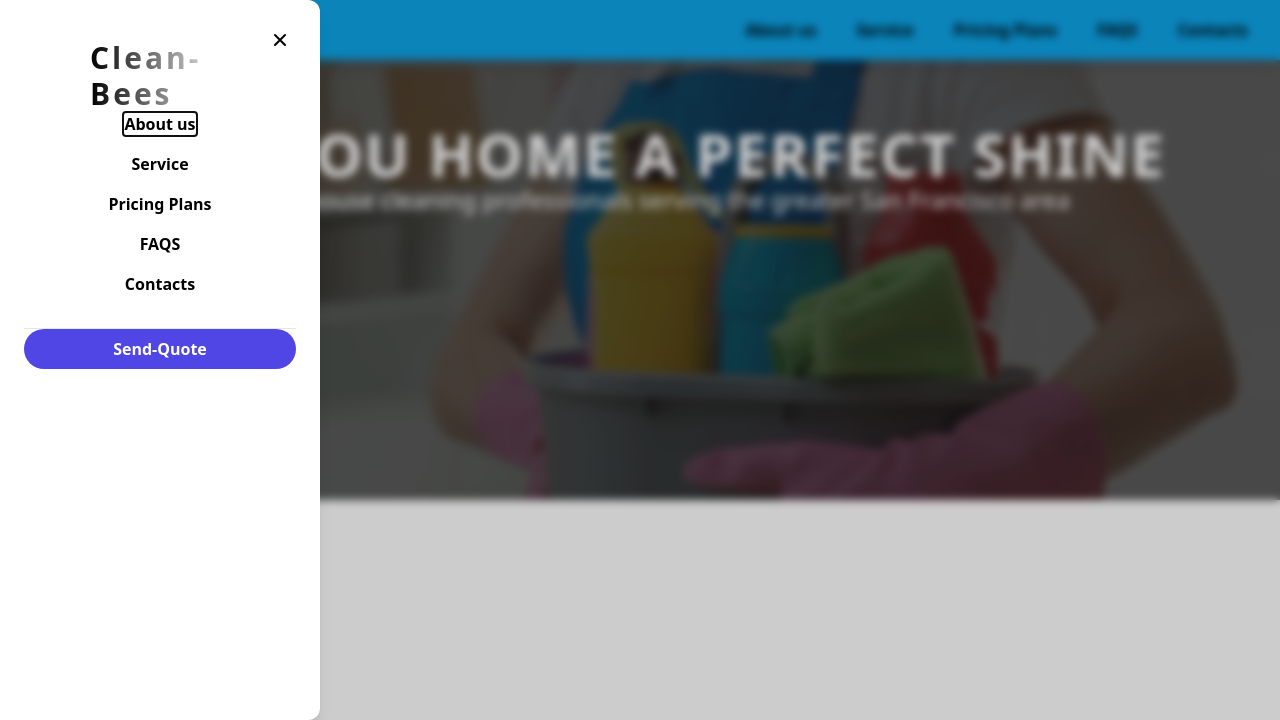
Repository: remydev47/cleanbees
Page: /
The author's editor kept a copy of each file at every save. The page is drawn from the files as they stood at one save, then again after the next save.
The browser window is 1280 px wide. The pictures show the whole page.
The project was rebuilt for these pictures with package versions that can differ from the ones it lists, and the page was loaded fresh each time. The framework's server and built-in components were replaced by stand-ins that run in the browser. Also part of the build but not shown: next.config.js.

Above is the page before, as saved 2022-09-15 20:50:34.

### pages/_app.tsx
import '../styles/globals.css'
import type { AppProps } from 'next/app'
import { Header } from '../components/Header'


function MyApp({ Component, pageProps }: AppProps) {
  return (
    <>
      <Header />
      <Component {...pageProps} />
    </>

    )
}

export default MyApp

### pages/index.tsx
import type { NextPage } from 'next'
import Head from 'next/head'
import Image from 'next/image'
import Hero from '../components/Hero'

const Home: NextPage = () => {
  return (
    <div className="">
      <Head>
        <title>CleanBees</title>
        <link rel="icon" href="/favicon.ico" />
      </Head>
      <Hero />
      <h1>CleanBees</h1>
    </div>
  )
}

export default Home

### components/Header.tsx
import { navLinks } from "../constants"
import { MenuPopOver } from "./MenuPopover"
import Logo from "./Logo"
import Image from "next/image"
import { title } from "process"

export const Header = () => {
    return(
        <>
          <header className={styles.container}>
           <div className='flex grow-0 basis-1/3 md:hidden'>
             <MenuPopOver />
          </div>
          <div className='flex grow-0 basis-1/3 justify-center md:justify-start'>
            <Logo />
           </div>
           <ul className="list-none sm:flex hidden justify-end items-center flex-1">
            {navLinks.map((nav, index) => (
                <li
                key={nav.id}
                className={`font-poppins font-extrabold cursor-pointer text-[16px]
                  ${index === navLinks.length - 1 ? 'mr-0' : 'mr-10'}
                 text-black `}
                >
                    <a>{nav.title}</a>
                </li>
            ))}
           </ul>

          </header>
        </>
    )
}

const styles ={
    container:`sticky bg-[#0ea5e9] inset-x-0 top-0 z-20 flex items-center justify-between py-2 px-2 shadow-lg dark:bg-slate-900 sm:py-3 sm:px-8`
}

### components/Hero.tsx
import React from 'react'
import Image from 'next/image'


const Hero = () => {
  return (
    <>
      <section className='relative h-[640px] w-full  bg-blue-500 sm:h-[55vh] md:h-[440px]'>
        <Image
          src="/img/pixel-cleaner2.jpg"
          layout='fill'
          objectFit='cover'
        />
        <div className="absolute inset-0 bg-neutral-900/70">
        <div className='mx-4 mt-16 flex flex-col items-center text-center '>
                <h1 className={styles.innerbanner}>
                    Give you Home a Perfect Shine
                </h1>
                <span className='text-xl text-white sm:text-2xl'>
                    Reliable house cleaning professionals serving the greater San Francisco area
                </span>

              </div>
        </div>
      </section>

    </>
  )
}

export default Hero;
const styles ={

    innerbanner:`text-3xl font-extrabold uppercase tracking-wide text-white sm:text-4xl md:text-5xl lg:text-6xl`,
}

### constants/index.ts

export const navLinks =[
    {
     id:"aboutus",
     title:"About us"
    },
    {
        id:"services",
        title:"Service"
    },
    {
        id:"pricingplans",
        title:"Pricing Plans"
    },
    {
        id:"faqs",
        title:"FAQS"
    },
    {
        id:"contacts",
        title:"Contacts"
    },
]

### components/MenuPopover.tsx
import React, { useState, Fragment } from 'react'
import { IconButton } from './Button'
import { Transition, Dialog }  from '@headlessui/react';
import Link from 'next/link';
import Logo from './Logo';
import { Button } from './Button';
//import { ThemeSelect } from './ThemeToogle';
import { navLinks } from '../constants';

export const MenuPopOver = () => {
    const [isOpen, setIsOpen] = useState(true)

    return(
      <div>
        <IconButton
          variant='ghost'
          aria-label='menu'
          onClick={() => setIsOpen(!isOpen)}
        >
          <svg className='h-6 w-6 ' fill='none' stroke='currentColor'>
            <path
              strokeLinecap='round'
              strokeLinejoin='round'
              strokeWidth={2}
              d='M4 6h16M4 12h16M4 18h16'
            />
          </svg>
        </IconButton>
        <Transition
          show={isOpen}
          appear
          as={Fragment}
          enter='transform transition ease-in-out duration-300'
          enterFrom='-translate-x-full'
          enterTo='translate-x-0'
          leave='transform transition ease-in-out duration-300 delay-200'
          leaveFrom='translate-x-0'
          leaveTo='-translate-x-full'
        >
         <Dialog
           as='div'
           className={`fixed inset-0 z-50`}
           onClose={setIsOpen}
           open={isOpen}
           >
           <Transition.Child
             as={Fragment}
             enter='ease-out duration-300 delay-300'
             enterFrom='opacity-0'
             enterTo='opacity-100'
             leave='ease-in duration-200'
             leaveFrom='opacity-100'
             leaveTo='opacity-0'
           >

            <Dialog.Overlay
              className={`fixed inset-0 bg-black/20 backdrop-blur-sm dark:bg-gray-900/80`}
             />
          </Transition.Child>
           <div className={styles.dialogcontainer}>
            <a className='mx-auto mt-4 flex w-[140px] '>
              <Logo />
            </a>
            <ul
                className={styles.navWrapper2}
             >
                {navLinks.map((nav, index) => (
                    <li
                     key={nav.id}
                     className={`font-poppins font-bold cursor-pointer text-[16px]
                      ${index === navLinks.length - 1 ? 'mr-0' : 'mb-4'}
                      text-black `}
                    >
                     <a href={`#${nav.id}`}>
                        {nav.title}
                     </a>
                    </li>
                 ))}
             </ul>
            {/* <div className='mt-0 border-t border-gray-200 pt-6 dark:border-gray-200/10'>

            </div> */}
            <ul className='mt-8 space-y-3 border-t border-gray-200 dark:border-gray-200/10'>
              <li>
               <Button fullWidth>
                   Send-Quote
               </Button>
              </li>

            </ul>
            <IconButton
              variant='ghost'
              aria-label='close menu'
              className='absolute top-5 right-5'
              onClick={() => setIsOpen(false)}
            >
              <svg
                viewBox='0 0 10 10'
                className='h-2.5 w-2.5 overflow-visible'
                aria-hidden='true'
              >
                <path
                    d='M0 0L10 10M10 0L0 10'
                    fill='none'
                    stroke='currentColor'
                    strokeWidth='2'
                    strokeLinecap='round'
                  />
              </svg>
            </IconButton>
           </div>
         </Dialog>
        </Transition>
      </div>
    )
  }

const styles ={
    dialogcontainer:`fixed top-0 bottom-0 left-0 w-full max-w-xs rounded-r-xl bg-white p-6 shadow-lg dark:bg-gray-800`,
    menuitems:`group relative flex h-9 items-center oveflow-hidden rounded-md hover:bg-slate-200/50`,
    navWrapper2:`list-none flex flex-col justify-end items-center flex-1`,
}

### components/Logo.tsx
import React from 'react';


const Logo  = () => {
  return (
    <span className={`bg-gradient-to-r from-black to-[#fff] bg-clip-text align-middle text-3xl font-black tracking-widest text-transparent hover:text-green-400`}>
        Clean-Bees
    </span>
  )
}

export default Logo;

### components/Button/index.tsx
import React, { forwardRef } from 'react';
//import { __DEV__ } from '../../utils/assertions'

type BaseButtonProps = Omit<React.HTMLProps<HTMLButtonElement>, "size">;

/* === Button Element === */

export interface ButtonProps extends BaseButtonProps {
  children: React.ReactNode;
  fullWidth?: boolean;
  className?: string;
  variant?: "solid" | "outline" | "ghost";
  size?: "sm" | "md" | "lg";
  as?: string;
  isExternal?: boolean;
  type?: "button" | "submit" | "reset";
}

export const Button = forwardRef<HTMLButtonElement, ButtonProps>(
  (
    {
      children,
      variant = "solid",
      size = "md",
      fullWidth = false,
      className,
      as = "button",
      isExternal = false,
      ...rest
    },
    ref
  ) => {
    let tempClassNames: string[] = [];

    const sharedClasses = [
      "capitalize",
      "focus:outline-none",
      "focus:ring-2",
      "focus:ring-indigo-400",
      "focus:ring-offset-2",
      "focus:ring-offset-indigo-50",
      "font-semibold",
      "rounded-full",
      "inline-flex",
      "flex-shrink-0",
      "items-center",
      "justify-center",
      "transition-colors",
      "ease-in-out",
      "duration-500",
    ];

    if (fullWidth) sharedClasses.push("w-full");

    // handle variants
    let btnSolid = ["bg-indigo-600", "hover:bg-indigo-700", "text-white"];
    let btnOutline = [
      "dark:text-white",
      "hover:text-yellow-700",
      "hover:dark:text-yellow-800",
      "bg-transparent",
      "hover:bg-indigo-50",
      "border",
      "border-indigo-600",
    ];
    let btnGhost = [
      "bg-transparent",
      "dark:text-white",
      "hover:bg-indigo-50",
      "hover:text-indigo-700",
      "hover:dark:text-indigo-700",
    ];

    if (variant === "solid") {
      tempClassNames = [...sharedClasses, ...btnSolid];
    } else if (variant === "outline") {
      tempClassNames = [...sharedClasses, ...btnOutline];
    } else if (variant === "ghost") {
      tempClassNames = [...sharedClasses, ...btnGhost];
    }

    // handle sizes
    let sizeSm = ["h-8", "px-2", "text-sm"];
    let sizeMd = ["h-10", "px-3"];
    let sizeLg = ["h-12", "px-4", "text-lg"];

    if (size === "sm") {
      tempClassNames = [...tempClassNames, ...sizeSm];
    } else if (size === "md") {
      tempClassNames = [...tempClassNames, ...sizeMd];
    } else if (size === "lg") {
      tempClassNames = [...tempClassNames, ...sizeLg];
    }

    let classes = tempClassNames.join(" ");

    let Element = as ? (
      React.createElement(
        as,
        {
          className: `${classes} ${className}`,
          target: isExternal ? "_blank" : undefined,
          rel: isExternal ? "noopener noreferrer" : undefined,
          ref,
          ...rest,
        },
        children
      )
    ) : (
      <button {...rest} className={`${classes} ${className}`} ref={ref}>
        {children}
      </button>
    );

    return Element;
  }
);

// if (__DEV__) {
//   Button.displayName = "Button";
// }

/* === IconButton Element === */

export interface IconButtonProps extends ButtonProps {
  icon?: React.ReactElement;
  "aria-label": string;
}

export const IconButton = forwardRef<HTMLButtonElement, IconButtonProps>(
  (
    {
      children,
      icon,
      className,
      "aria-label": ariaLabel,
      size = "md",
      ...rest
    },
    ref
  ) => {
    let sharedClasses = ["rounded-full", "!px-0"];

    // handle sizes
    let sizeSm = ["w-8"];
    let sizeMd = ["w-10"];
    let sizeLg = ["w-12"];

    if (size === "sm") {
      sharedClasses = [...sharedClasses, ...sizeSm];
    } else if (size === "md") {
      sharedClasses = [...sharedClasses, ...sizeMd];
    } else if (size === "lg") {
      sharedClasses = [...sharedClasses, ...sizeLg];
    }

    /**
     * Passing the icon as prop or children should work
     */
    const element = icon || children;
    const _children = React.isValidElement(element)
      ? React.cloneElement(element as any, {
          "aria-hidden": true,
          focusable: false,
        })
      : null;

    let classes = sharedClasses.join(" ");
    return (
      <Button
        className={`${classes} ${className}`}
        aria-label={ariaLabel}
        size={size}
        {...rest}
        ref={ref}
      >
        {_children}
      </Button>
    );
  }
);

// if (__DEV__) {
//   IconButton.displayName = "IconButton";
// }

Loaded but not shown: styles/globals.css (common file); tailwind.config.js (common file)

After the next save:
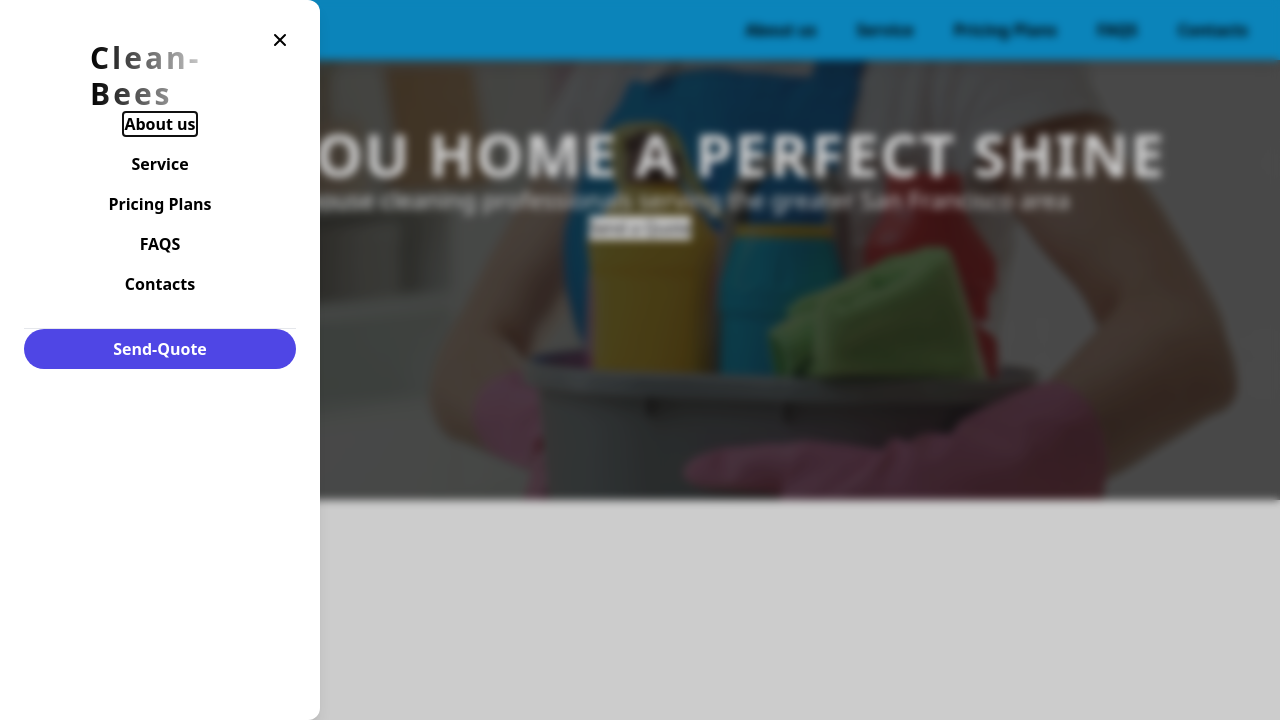
Saved 82 s later.
--- a/components/Hero.tsx
+++ b/components/Hero.tsx
@@ -19,7 +19,9 @@ const Hero = () => {
                 <span className='text-xl text-white sm:text-2xl'>
                     Reliable house cleaning professionals serving the greater San Francisco area
                 </span>
-
+                <button className='bg-white text-black hover:bg-green-500'>
+                    Send a Quote
+                </button>
               </div>
         </div>
       </section>
